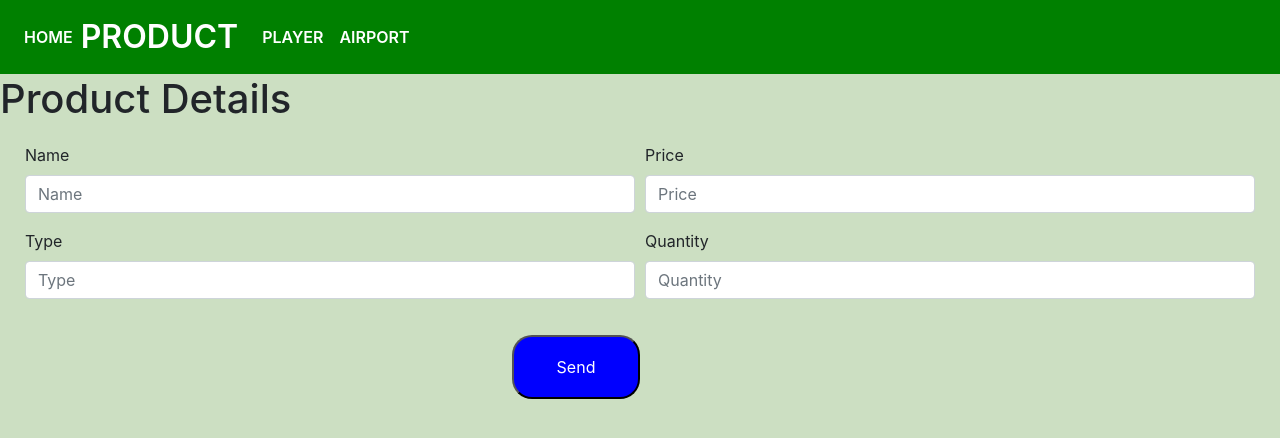
Repository: 05Mohammedismail/xworkz--Advance-Java
Page: http://localhost/Sep13_JSP/product.jsp
These files come from the project's save history. The page is drawn as it stood at one moment and after the next save; the edit follows.
The browser window is 1280 px wide. The pictures show the whole page.
The page is served by Tomcat 9. Other server files are loaded and not shown.

Above is the page before, as saved 2023-09-13 15:40:15.

### Sep13_JSP/src/main/webapp/product.jsp
<%@ page language="java" contentType="text/html; charset=ISO-8859-1"
    pageEncoding="ISO-8859-1"%>
<!doctype html>
<html lang="en">
  <head>
    <meta charset="utf-8">
    <meta name="viewport" content="width=device-width, initial-scale=1">
    <title>MY-JSP</title>
<link rel="stylesheet" href="https://cdn.jsdelivr.net/npm/bootstrap@4.1.3/dist/css/bootstrap.min.css" integrity="sha384-MCw98/SFnGE8fJT3GXwEOngsV7Zt27NXFoaoApmYm81iuXoPkFOJwJ8ERdknLPMO" crossorigin="anonymous">

<style type="text/css">

body{
background-color: rgb(204, 223, 194);
}
.navbar-brand{
font-size: 2em;
}
.navbar{
background: green;
margin-bottom: 1px;
font-weight:600;
color: white;
}
.nav-link:hover{
text-decoration: underline;
}

.form-row{
margin: 20px;
position: relative;
}

.send{
position: absolute;
right: 50%;
border-radius: 20px;
height: 4em;
width: 8em;
background-color: blue;
color: white;
}


</style>
</head>

  <body>
   <nav class="navbar navbar-expand-lg navbar-light">

  <div class="collapse navbar-collapse" id="navbarNav">
    <ul class="navbar-nav">
      <li class="nav-item">
        <a class="nav-link text-white" href="index.jsp">HOME</a>
      </li>
      </ul>


      <a class="navbar-brand">PRODUCT</a>
  <button class="navbar-toggler" type="button" data-toggle="collapse" data-target="#navbarNav" aria-controls="navbarNav" aria-expanded="false" aria-label="Toggle navigation">
    <span class="navbar-toggler-icon"></span>
  </button>

      <ul class="navbar-nav">
      <li class="nav-item">
        <a class="nav-link text-white" href="player.jsp">PLAYER</a>
      </li>
      <li class="nav-item">
        <a class="nav-link text-white" href="airport.jsp">AIRPORT</a>
      </li>
    </ul>
  </div>
</nav>

<h1>Product Details</h1>
<form>
  <div class="form-row">
    <div class="form-group col-md-6">
      <label>Name</label>
      <input type="text" class="form-control" placeholder="Name">
    </div>

    <div class="form-group col-md-6">
      <label>Price</label>
      <input type="number" class="form-control" placeholder="Price">
    </div>

    <div class="form-group col-md-6">
      <label >Type</label>
      <input type="text" class="form-control" placeholder="Type">
    </div>

    <div class="form-group col-md-6">
      <label>Quantity</label>
      <input type="number" class="form-control" placeholder="Quantity">
    </div>
 </div>
 <input class="send" type="submit" value="Send">
</form>
    <script src="https://cdn.jsdelivr.net/npm/bootstrap@5.3.1/dist/js/bootstrap.bundle.min.js" integrity="sha384-HwwvtgBNo3bZJJLYd8oVXjrBZt8cqVSpeBNS5n7C8IVInixGAoxmnlMuBnhbgrkm" crossorigin="anonymous"></script>
  </body>
</html>

After the next save:
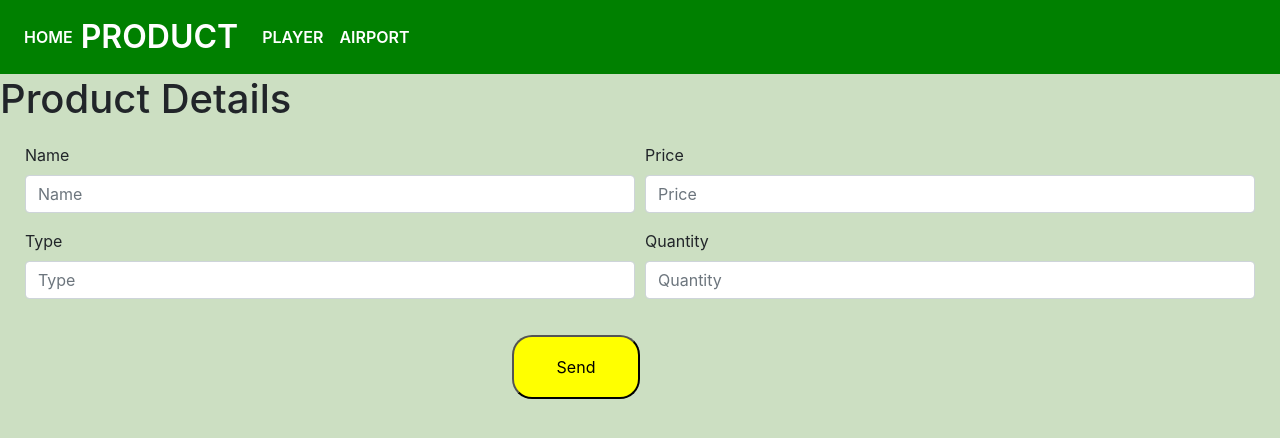
Saved 10 s later.
--- a/Sep13_JSP/src/main/webapp/product.jsp
+++ b/Sep13_JSP/src/main/webapp/product.jsp
@@ -37,8 +37,8 @@ right: 50%;
 border-radius: 20px;
 height: 4em;
 width: 8em;
-background-color: blue;
-color: white;
+background-color: yellow;
+color: black;
 }
 
 
